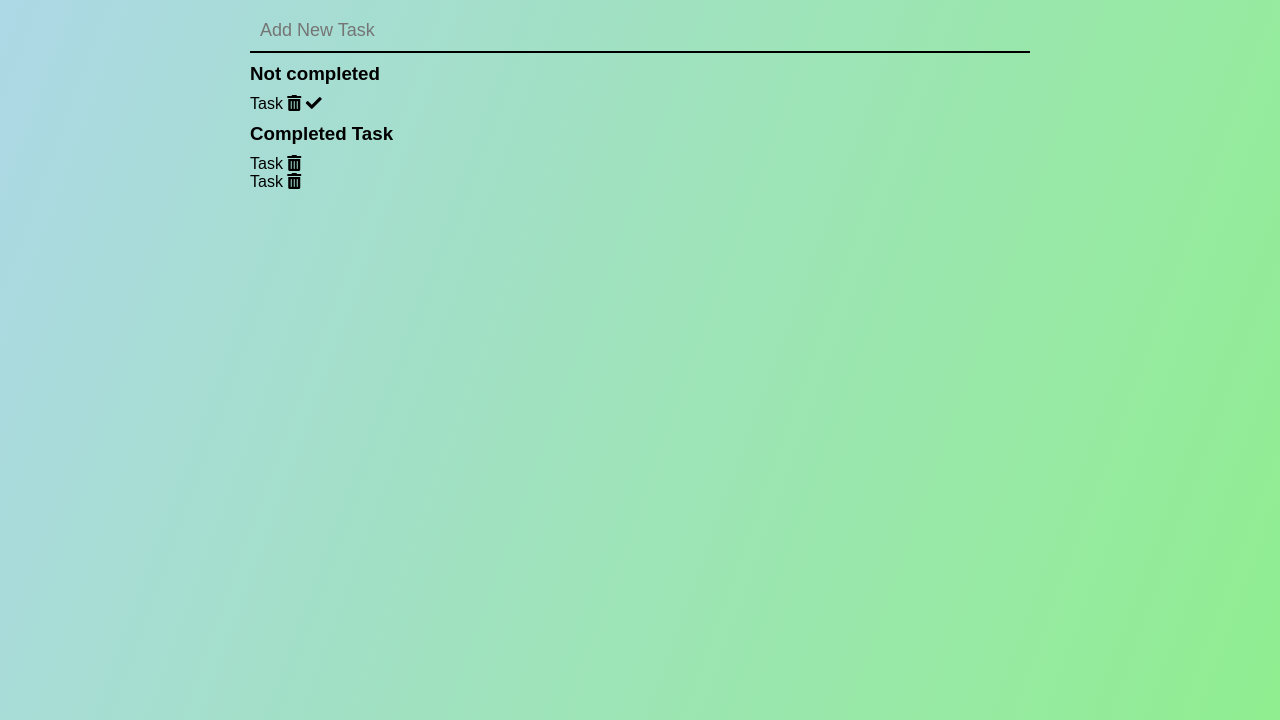
Repository: Mayur2905/OIBSIP
Page: Task-6/index.html
An editor plug-in stored every save of this project. The page is shown before and after the next save, followed by the edit.
The browser window is 1280 px wide. The pictures show the whole page.

Above is the page before, as saved 2022-02-05 19:38:00.

After the next save:
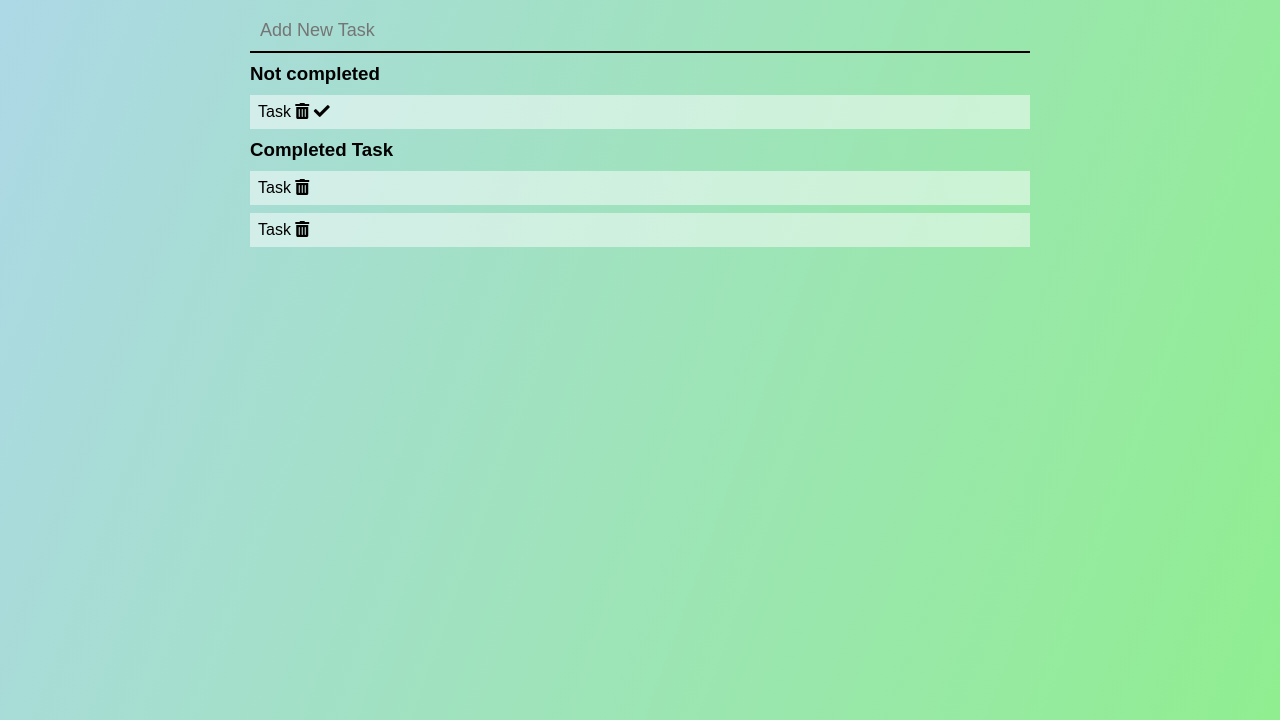
Saved 70 s later.
--- a/Task-6/style.css
+++ b/Task-6/style.css
@@ -28,5 +28,7 @@ h3 {
 }
 .task {
   width: 100%;
-  background: rgba(255, 255, 255, 0);
+  background: rgba(255, 255, 255, 0.5);
+  padding: 8px;
+  margin: 8px 0;
 }
